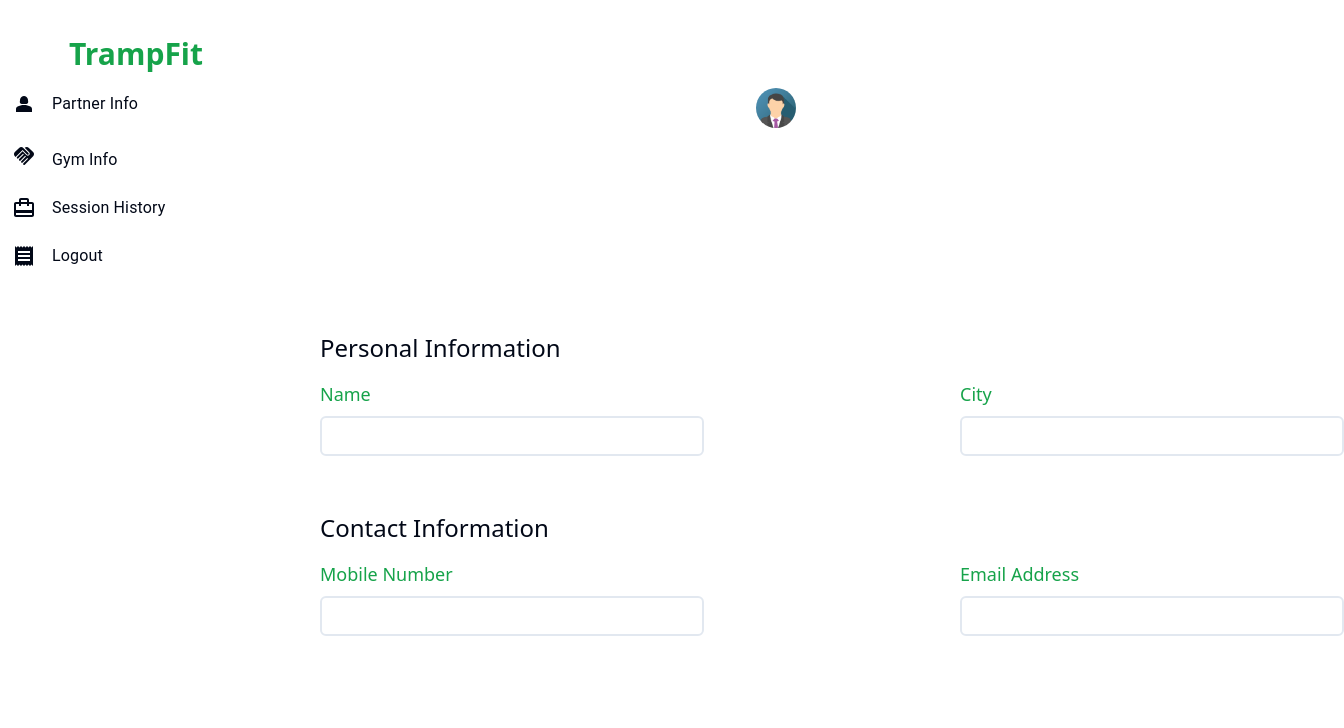
Repository: ezioxatul/TrampFit-Website
Page: /partner/partnerDashboard/partnerInfo (app in Frontend/)
The author's editor kept a copy of each file at every save. The page is drawn from the files as they stood at one save, then again after the next save.
The browser window is 1280 px wide. The page is 1344 px wide, so the pictures cover 1344 px, including what lies to the right of the window. The pictures show the whole page.
The project was rebuilt for these pictures with package versions that can differ from the ones it lists, and the page was loaded fresh each time. The framework's server and built-in components were replaced by stand-ins that run in the browser. Also part of the build but not shown: Frontend/next.config.js, Frontend/next.config.mjs, Frontend/components/Loader.js, Frontend/components/Popup.js.

Above is the page before, as saved 2024-05-16 17:49:35.

After the next save:
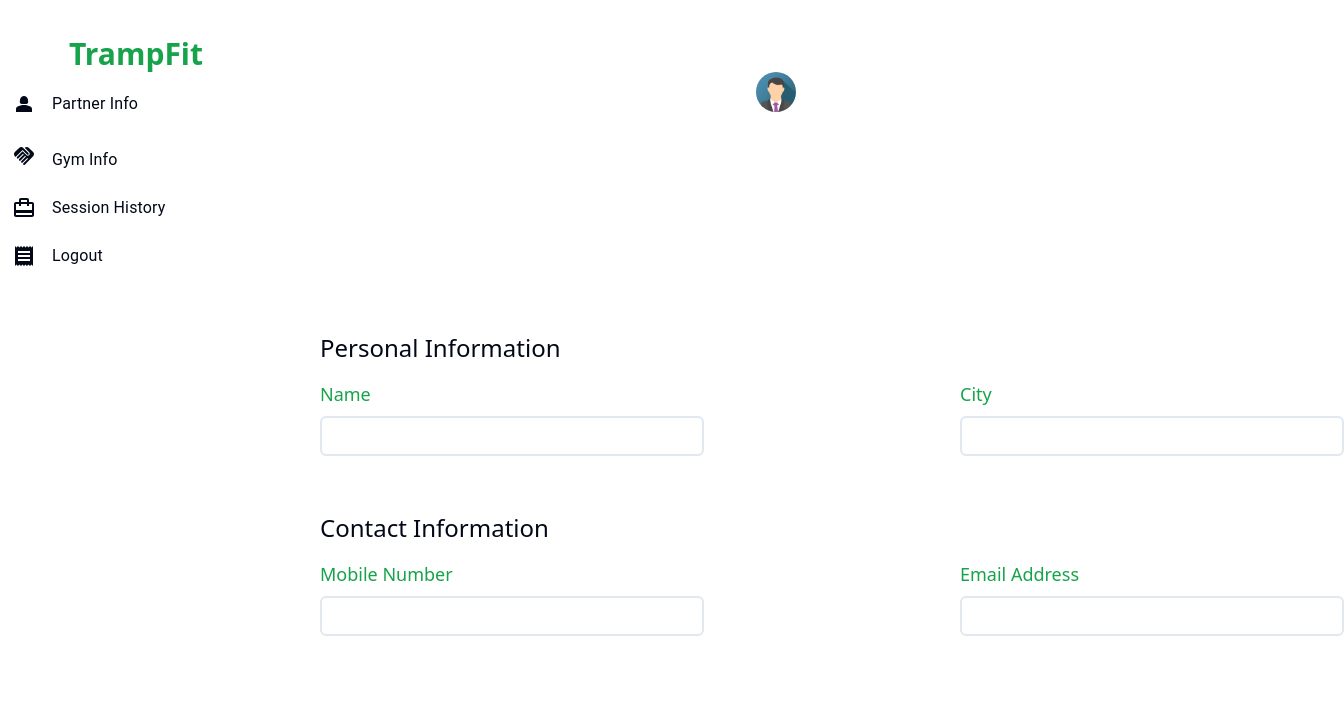
Saved 6 s later.
--- a/Frontend/pages/partner/partnerDashboard/partnerInfo.js
+++ b/Frontend/pages/partner/partnerDashboard/partnerInfo.js
@@ -16,7 +16,7 @@ export default function partnerInfo() {
             <div className="flex flex-col min-h-screen">
                 <div className="flex">
                     <PartnerSideBar />
-                        <Avatar className="w-36 mx-auto mt-20 h-36 text-6xl bg-black" src="/avtar.png" />
+                        <Avatar className="w-36 mx-auto mt-16 h-36 text-6xl bg-black" src="/avtar.png" />
                 </div>
                 <div>
                     <h1 className={`${containerClassName} text-2xl mb-4`}>Personal Information</h1>
